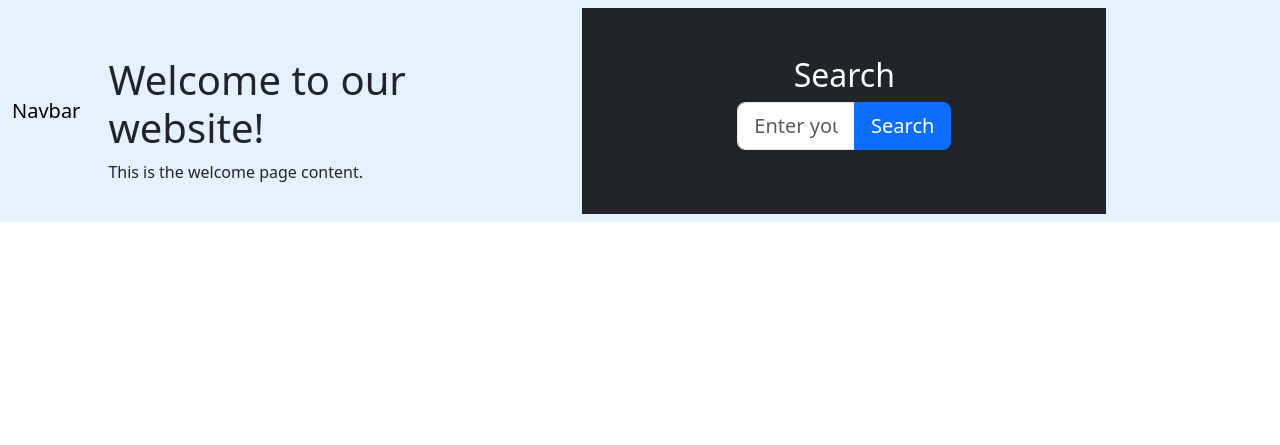
Repository: gyfffffff/meishimeike_test
Page: meishimeike/hello.html
The author's editor kept a copy of each file at every save. The page is drawn from the files as they stood at one save, then again after the next save.
The browser window is 1280 px wide. The pictures show the whole page.

Above is the page before, as saved 2023-07-13 11:22:16.

### meishimeike/hello.html
<!DOCTYPE html>
<html lang="en">

<head>
    <meta charset="UTF-8">
    <meta name="viewport" content="width=device-width, initial-scale=1.0">
    <link rel="stylesheet" href="https://cdn.jsdelivr.net/npm/bootstrap@5.3.0/dist/css/bootstrap.min.css">
    <style>
        body {
            --vt-font-family-base: Quotes, -apple-system, BlinkMacSystemFont, "Segoe UI", Roboto, Oxygen, Ubuntu, Cantarell, "Fira Sans", "Droid Sans", "Helvetica Neue", sans-serif;
        }

        /* .navbar-nav li {
            margin-right: 60px;
        }

        .navbar-brand {
            padding-right: 80px;
        } */
        .header--TuwRF{
                cursor: default;
                line-height: 1.5;
                tab-size: 4;
                -webkit-tap-highlight-color: transparent;
                -webkit-text-size-adjust: 100%;
                word-break: break-word;
                font-family: Open Sans,
                system-ui;
                --vh: 2.64px;
                font-weight: 400;
                font-size: 14px;
                color: #191b26;
                box-sizing: border-box;
                width: 100%;
                height: 64px;
                display: flex;
                justify-content: center;
                position: fixed;
                top: 0;
                left: 0;
                z-index: 10;
                transition: background-color .2s;
                background-color: transparent;
                border-bottom: 1px solid transparent;
        }

    </style>

    <title>美食每刻</title>
</head>

<body>
    <nav class="navbar navbar-expand-lg" style="background-color: #e3f2fd;" data-bs-theme="light">
        <div class="container-fluid">
            <a class="navbar-brand" href="#">Navbar</a>
            <button class="navbar-toggler collapsed" type="button" data-bs-toggle="collapse"
                data-bs-target="#navbarColor03" aria-controls="navbarColor03" aria-expanded="false"
                aria-label="Toggle navigation">
                <span class="navbar-toggler-icon"></span>
            </button>
            <div class="navbar-collapse collapse" id="navbarColor03" style="">
                <ul class="navbar-nav me-auto mb-2 mb-lg-0">
                    <!-- <li class="nav-item">
                    <a class="nav-link active" aria-current="page" href="#">Home</a>
                </li>
                    <li class="nav-item">
                        <a class="nav-link" href="#">Features</a>
                    </li>
                    <li class="nav-item">
                        <a class="nav-link" href="#">Pricing</a>
                    </li>
                    <li class="nav-item">
                        <a class="nav-link" href="#">About</a>
                    </li>
                </ul>
                <form class="d-flex" role="search">
                    <input class="form-control me-2" type="search" placeholder="Search" aria-label="Search">
                    <button class="btn btn-outline-primary" type="submit">Search</button>
                </form>
            </div>
        </div>
    </nav> -->

    <div class="container mt-5">
        <h1>Welcome to our website!</h1>
        <p>This is the welcome page content.</p>
    </div>

    <div class="container-fluid bg-dark text-center p-5">
        <h2 class="text-white">Search</h2>
        <div class="input-group mb-3 w-50 mx-auto">
            <input type="text" class="form-control form-control-lg" placeholder="Enter your search query">
            <button class="btn btn-primary btn-lg" type="button">Search</button>
        </div>
    </div>

    <script src="https://cdn.jsdelivr.net/npm/bootstrap@5.3.0/dist/js/bootstrap.bundle.min.js"></script>
</body>

</html>

After the next save:
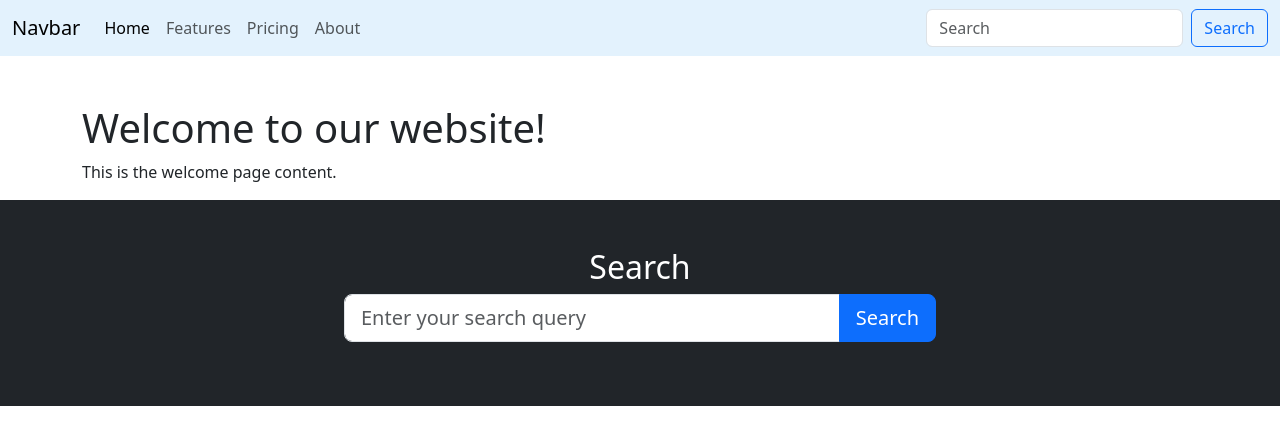
Saved 8 s later.
--- a/meishimeike/hello.html
+++ b/meishimeike/hello.html
@@ -60,7 +60,7 @@
             </button>
             <div class="navbar-collapse collapse" id="navbarColor03" style="">
                 <ul class="navbar-nav me-auto mb-2 mb-lg-0">
-                    <!-- <li class="nav-item">
+                    <li class="nav-item">
                     <a class="nav-link active" aria-current="page" href="#">Home</a>
                 </li>
                     <li class="nav-item">
@@ -79,7 +79,7 @@
                 </form>
             </div>
         </div>
-    </nav> -->
+    </nav>
 
     <div class="container mt-5">
         <h1>Welcome to our website!</h1>
